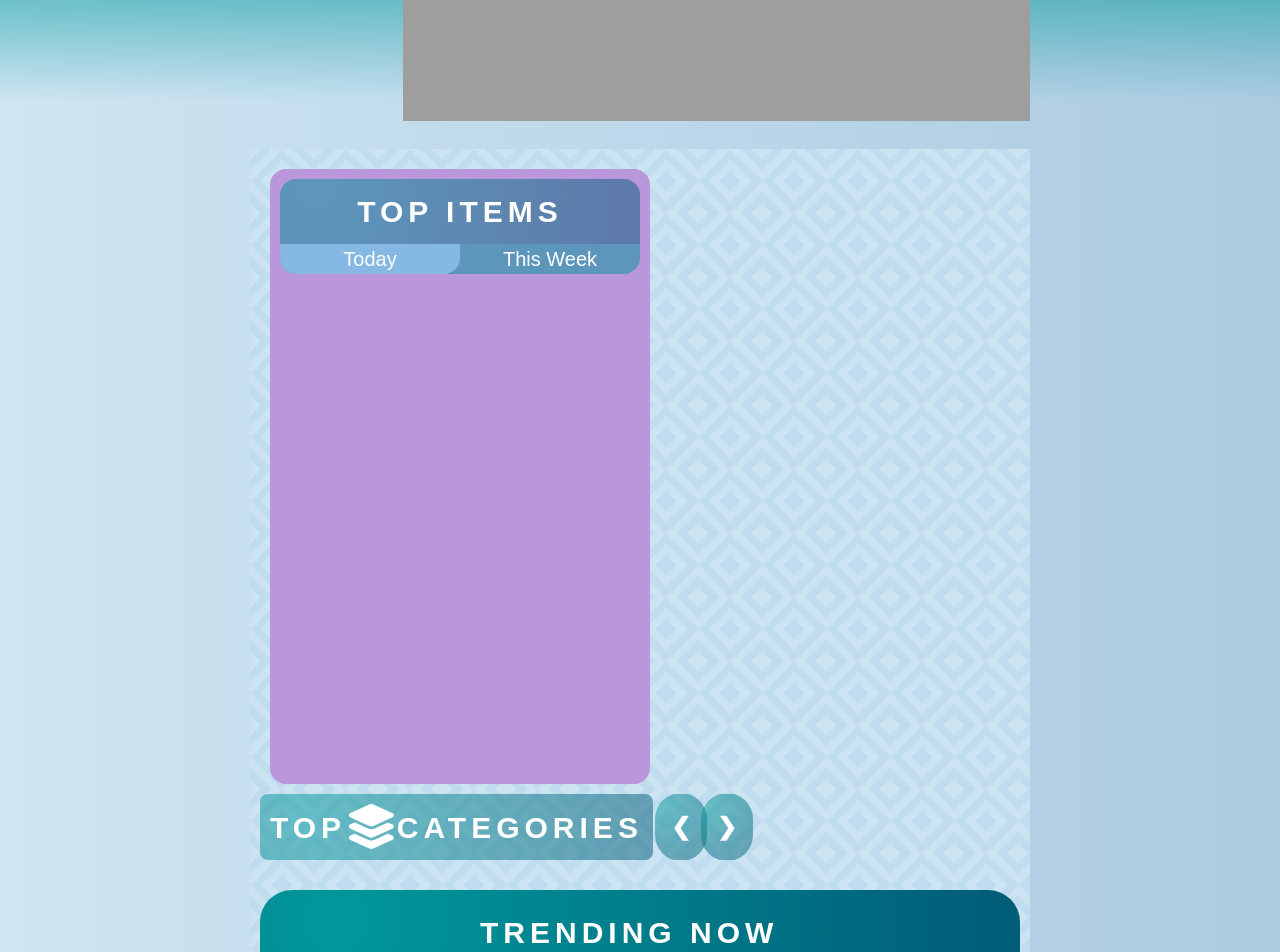
Repository: Shadman2024/2_1_DatabaseProject
Page: / (app in frontend/)
These files come from the project's save history. The page is drawn as it stood at one moment and after the next save; the edit follows.
The browser window is 1280 px wide. The pictures show the part of the page from y = 399 to 1351 px (the page is 1559 px tall).
Pictures or frames that could not be fetched are drawn as grey boxes. The page's requests for data from a server got no answer. Some web libraries are served in a nearby version. The project was rebuilt for these pictures with package versions that can differ from the ones it lists, and the page was loaded fresh each time. No one was signed in, and anything a server would have sent is missing. Also part of the build but not shown: frontend/src/App.css, frontend/src/signUp/signup.js, frontend/src/logIn/login.js, frontend/src/Home/hero.js, frontend/src/Home/hero2.js, frontend/src/Home/hero3.js, frontend/src/Home/smallcategory.module.css, frontend/src/Home/smallcategory.js and 18 more.

Above is the page before, as saved 2024-03-08 01:20:35.

After the next save:
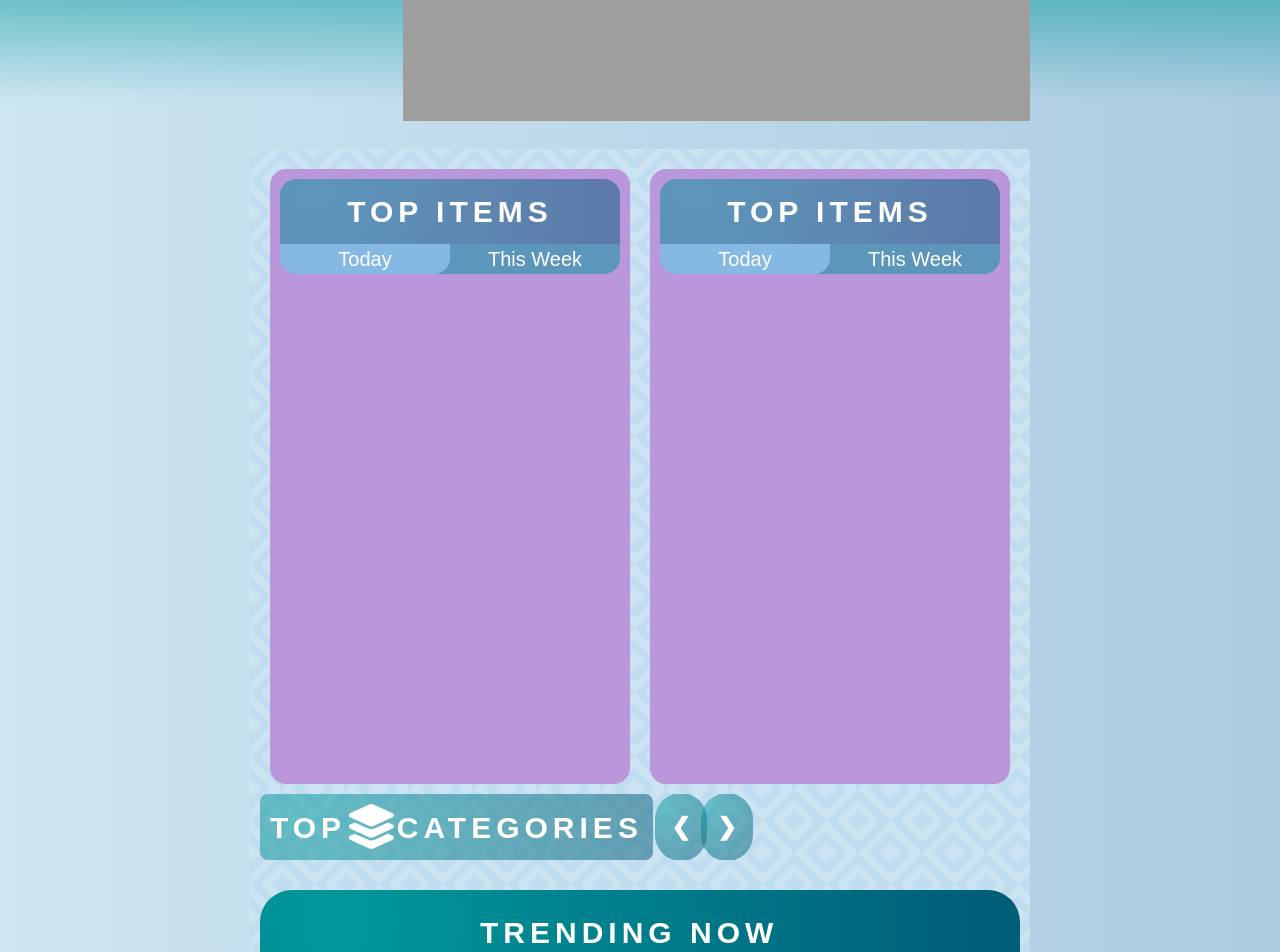
Saved 95 s later.
--- a/frontend/src/top/top.js
+++ b/frontend/src/top/top.js
@@ -78,6 +78,38 @@ const Orders = () => {
             ))}
           </div>
         </div>
+        <div className={styles.topitem}>
+          <div className={styles.title}>TOP ITEMS</div>
+          <div className={styles.options}>
+            <div
+              className={`${styles.optn} ${timeFrame === 'Today' ? styles.active : ''}`}
+              onClick={() => setTimeFrame('Today')}
+            >
+              Today
+            </div>
+            <div
+              className={`${styles.optn} ${timeFrame === 'ThisWeek' ? styles.active : ''}`}
+              onClick={() => setTimeFrame('ThisWeek')}
+            >
+              This Week
+            </div>
+          </div>
+          <div className={styles.contentcontainer}>
+            {items.map((item, index) => (
+              <div key={index} className={styles.content}>
+                <div className={styles.number}>{index + 1}</div>
+                <div className={styles.image}><img src={item.image || defaultimage} className={styles.itemimage} alt={item.name} /></div>
+                <div className={styles.details}>
+                  <div className={styles.name}>{item.name}</div>
+                  <div className={styles.rating}>
+                    {renderStars(item.avg_star_rating)}
+                  </div>
+                  <div className={styles.ordered}>{item.order_count} Sold</div>
+                </div>
+              </div>
+            ))}
+          </div>
+        </div>
       </div>
     </Fragment>
   );
